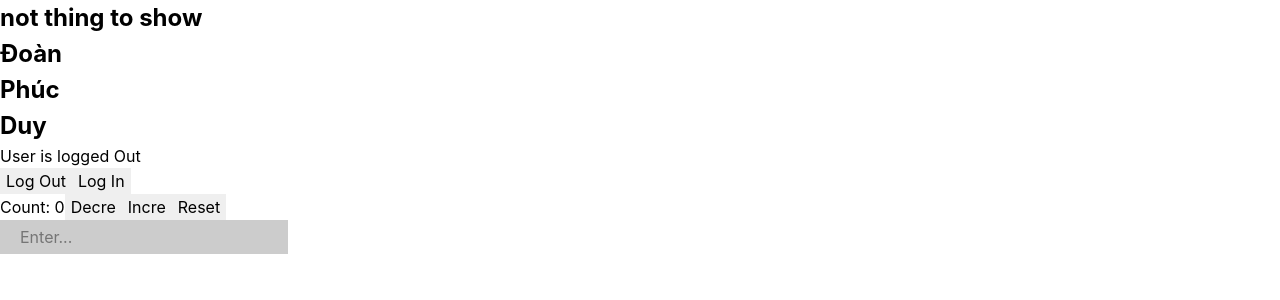
Repository: ledoanmk43/Demo_typescript
Page: /
An editor plug-in stored every save of this project. The page is shown before and after a run of saves, followed by the edit.
The browser window is 1280 px wide. The pictures show the whole page.
The project was rebuilt for these pictures with package versions that can differ from the ones it lists, and the page was loaded fresh each time.

Above is the page before, as saved 2022-03-08 14:18:36.

After the next 2 saves:
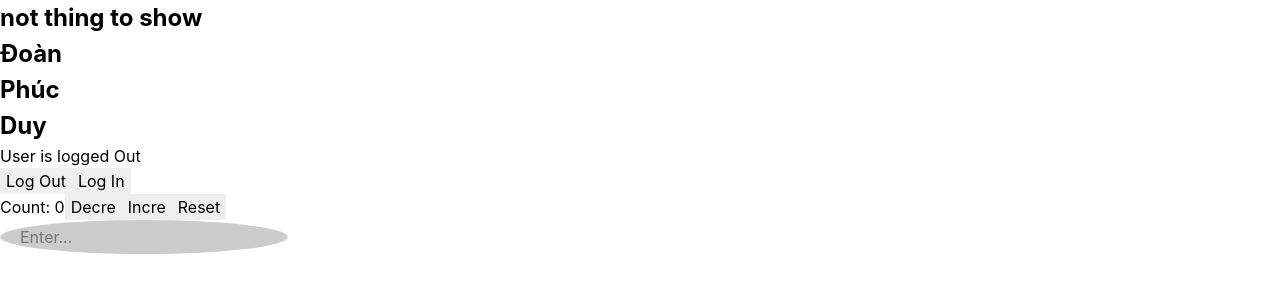
The 2 saves are shown as one change because 1 did not build or start.
The last was saved 27 s later.
--- a/src/components/ref/DomRef.tsx
+++ b/src/components/ref/DomRef.tsx
@@ -13,7 +13,11 @@ const DomRef = () => {
         type="text"
         ref={inputRef}
         placeholder="Enter..."
-        style={{ padding: "5px 20px", backgroundColor: "#ccc" }}
+        style={{
+          padding: "5px 20px",
+          backgroundColor: "#ccc",
+          borderRadius: "50%",
+        }}
       />
     </div>
   );
